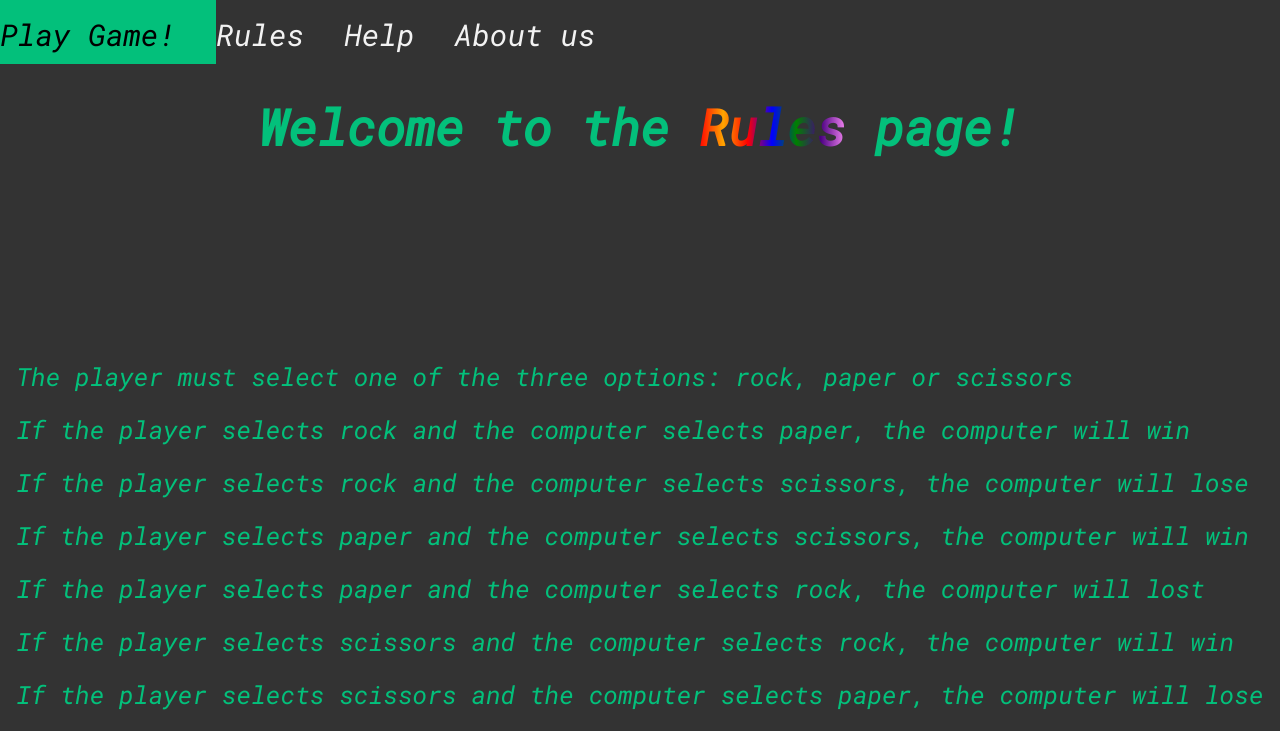
Repository: Ascendrospyder/rock-paper-scissors
Page: rulesPage.html
The author's editor kept a copy of each file at every save. The page is drawn from the files as they stood at one save, then again after the next save.
The browser window is 1280 px wide. The pictures show the whole page.

Above is the page before, as saved 2022-12-26 13:31:42.

After the next save:
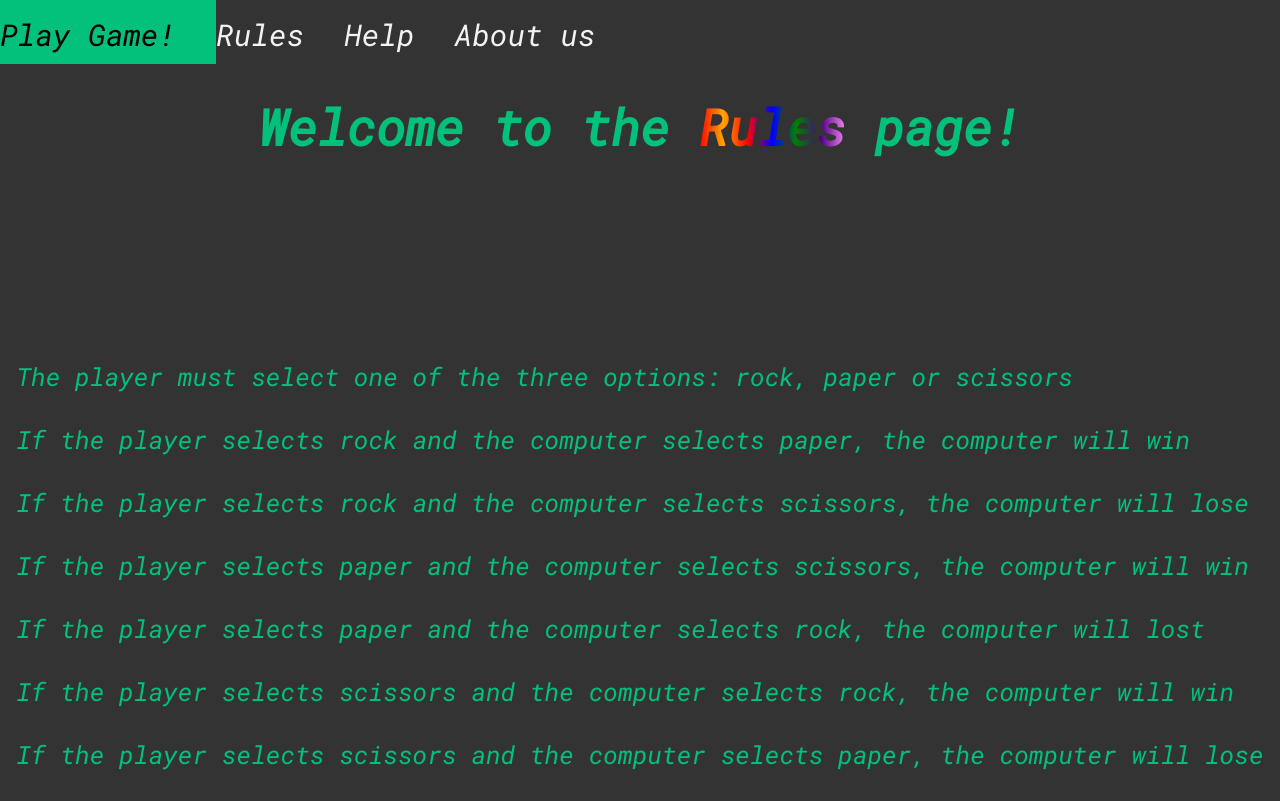
Saved 10 s later.
--- a/css/rules.css
+++ b/css/rules.css
@@ -21,5 +21,5 @@
 }
 
 .rule {
-    padding-bottom: 20px;
+    padding-bottom: 30px;
 }
